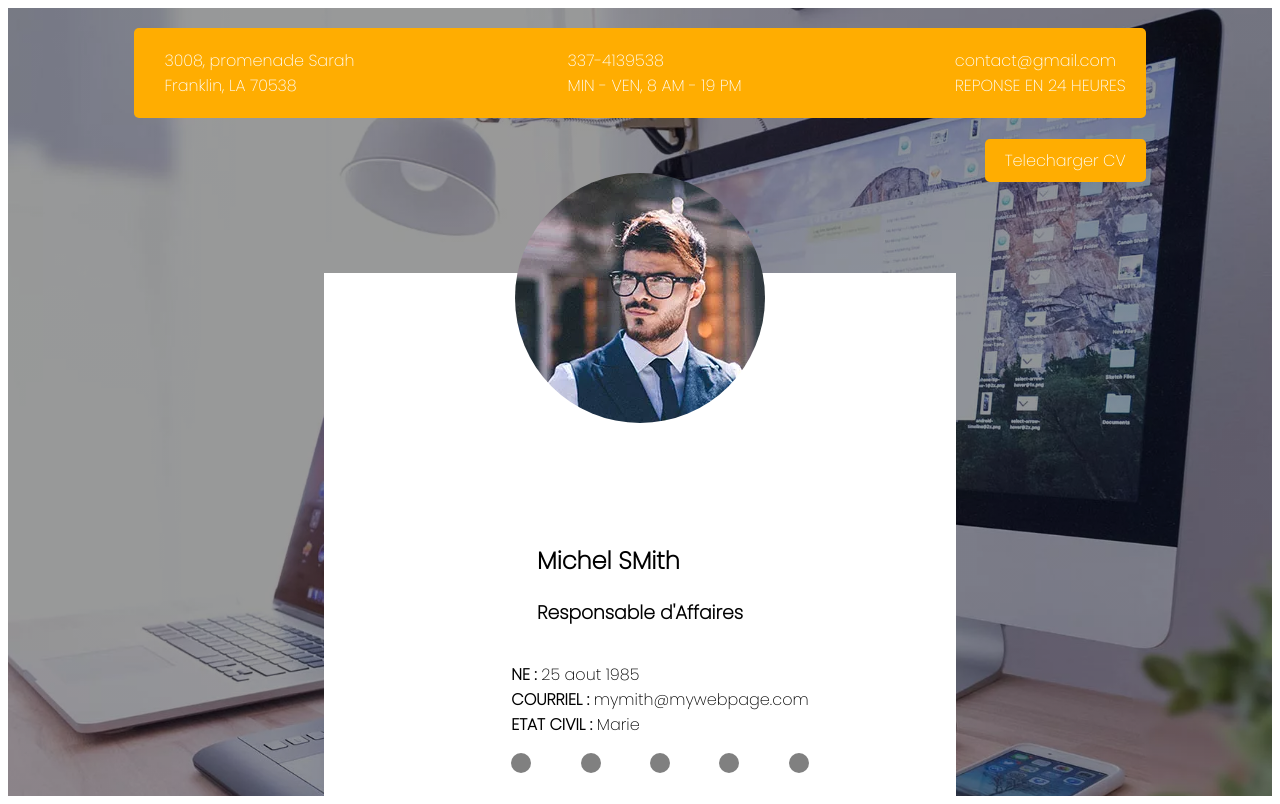
Repository: wadelfadill/CV_PORTFOLIO
Page: index.html
An editor plug-in stored every save of this project. The page is shown before and after the next save, followed by the edit.
The browser window is 1280 px wide. The pictures show the whole page.
Some icons come from a web library that is not loaded, so they are not drawn. Backgrounds fixed to the window are drawn as part of the page.

Above is the page before, as saved 2023-03-13 22:12:22.

After the next save:
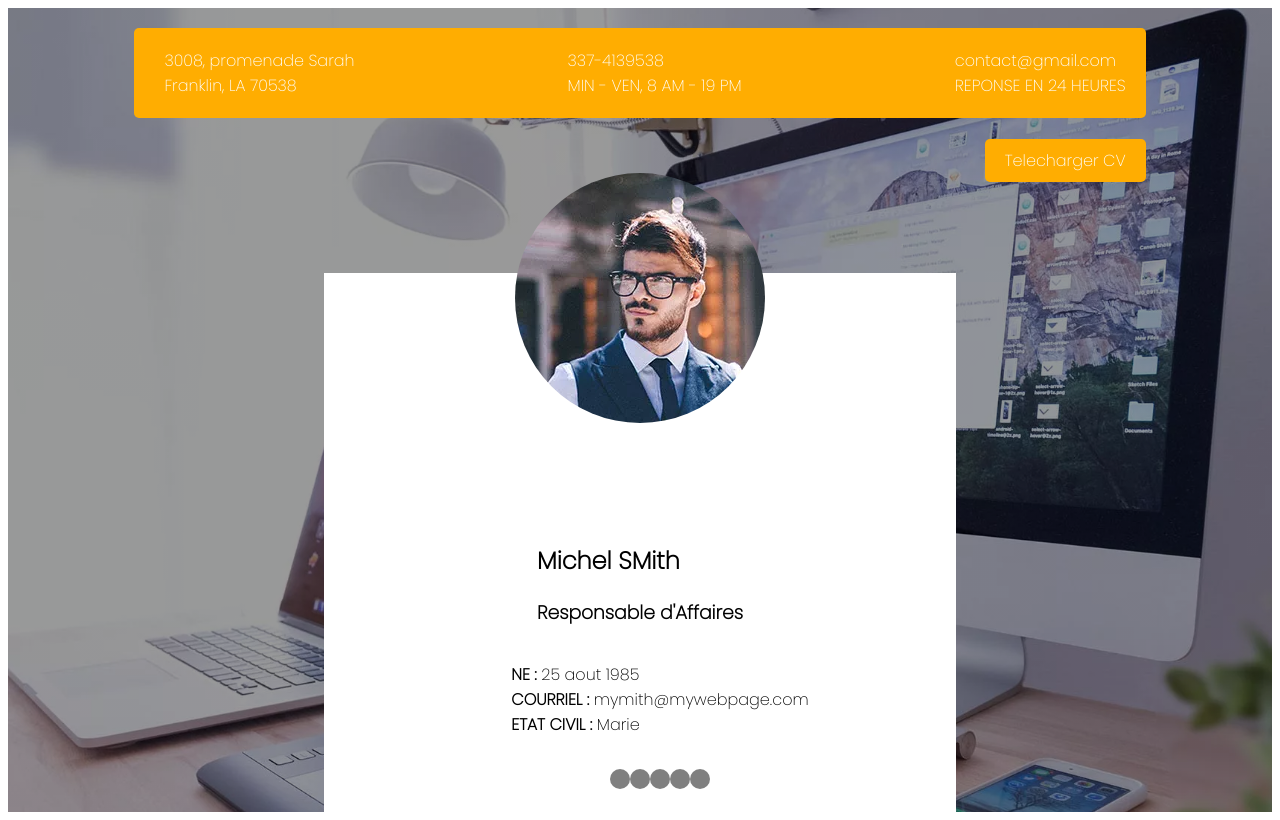
Saved 58 s later.
--- a/index.html
+++ b/index.html
@@ -56,6 +56,8 @@
                     <li><b>COURRIEL :</b> mymith@mywebpage.com</li>
                     <li><b>ETAT CIVIL :</b> Marie</li>
                 </ul>
+            </div>
+            <div class="social">
                 <ul class="social-reseau">
                     <li><a href=""><i class="fi fi-brands-pinterest"></i></a></li>
                     <li><a href=""><i class="fi fi-brands-linkedin"></i></a></li>
@@ -64,6 +66,7 @@
                     <li><a href=""><i class="fi fi-brands-twitter"></i></a></li>
                 </ul>
             </div>
+
 
            </div>
            <div class="espace">
